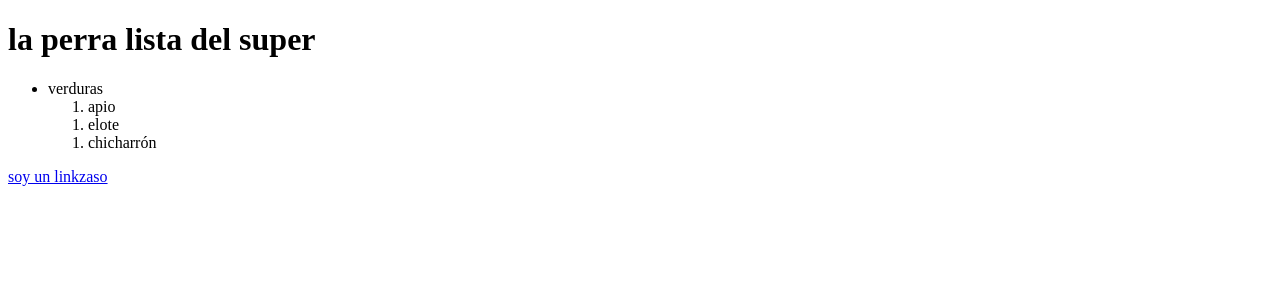
Repository: Daniel009980/daniel0099980
Page: cursodehtml/index.html
These files come from the project's save history. The page is drawn as it stood at one moment and after the next save; the edit follows.
The browser window is 1280 px wide. The pictures show the whole page.

Above is the page before, as saved 2022-09-08 17:43:17.

### cursodehtml/index.html
<!DOCTYPE html>
<html land="es">
    <head>
        <meta charset="UTF-8" />
        <meta name="description" content="esta pagina te mostrar fotos de gatos" />
        <meta name="robots" content="index, follow"/>
        <title>es mi pagina</title>
        <meta name="viewpoint" content="width=device-width, inictial-scale=1.0"/>
        <link rel="stylesheet" href="./css/style.css"/>
    </head>
    <body>
       <header>
        <nav></nav>
       </header>
       <main>
        <section>
            <article>

            </article>
        </section>
        <h1>la perra lista del super</h1>
         <ul>
            <li>verduras</li>
            <ol><li>apio</li></ol>
            <ol><li>elote</li></ol>
            <ol><li>chicharrón</li></ol>
         </ul>

       </main>
       <footer>

       </footer>

       <a href="#">soy un linkzaso</a>
    </body>

</html>

Loaded but not shown: cursodehtml/css/style.css (no stored copy; drawn as an empty file)

After the next save:
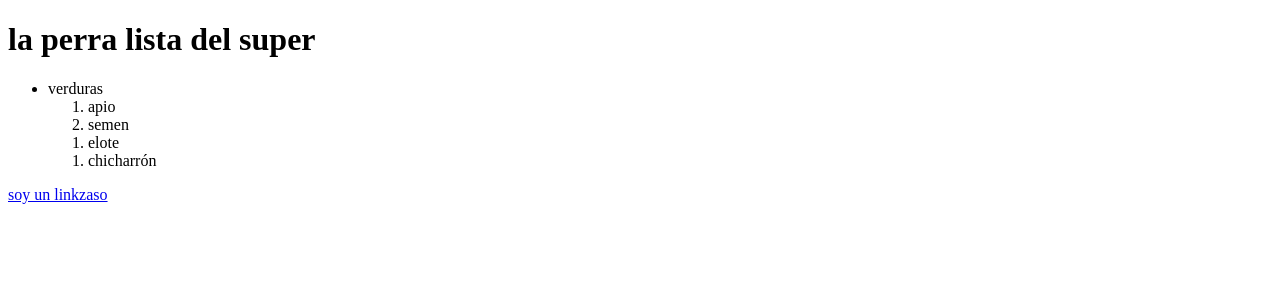
Saved 24 s later.
--- a/cursodehtml/index.html
+++ b/cursodehtml/index.html
@@ -21,9 +21,11 @@
         <h1>la perra lista del super</h1>
          <ul>
             <li>verduras</li>
-            <ol><li>apio</li></ol>
+            <ol><li>apio</li>
+            <li>semen</li></ol>
             <ol><li>elote</li></ol>
             <ol><li>chicharrón</li></ol>
+
          </ul>
 
        </main>
